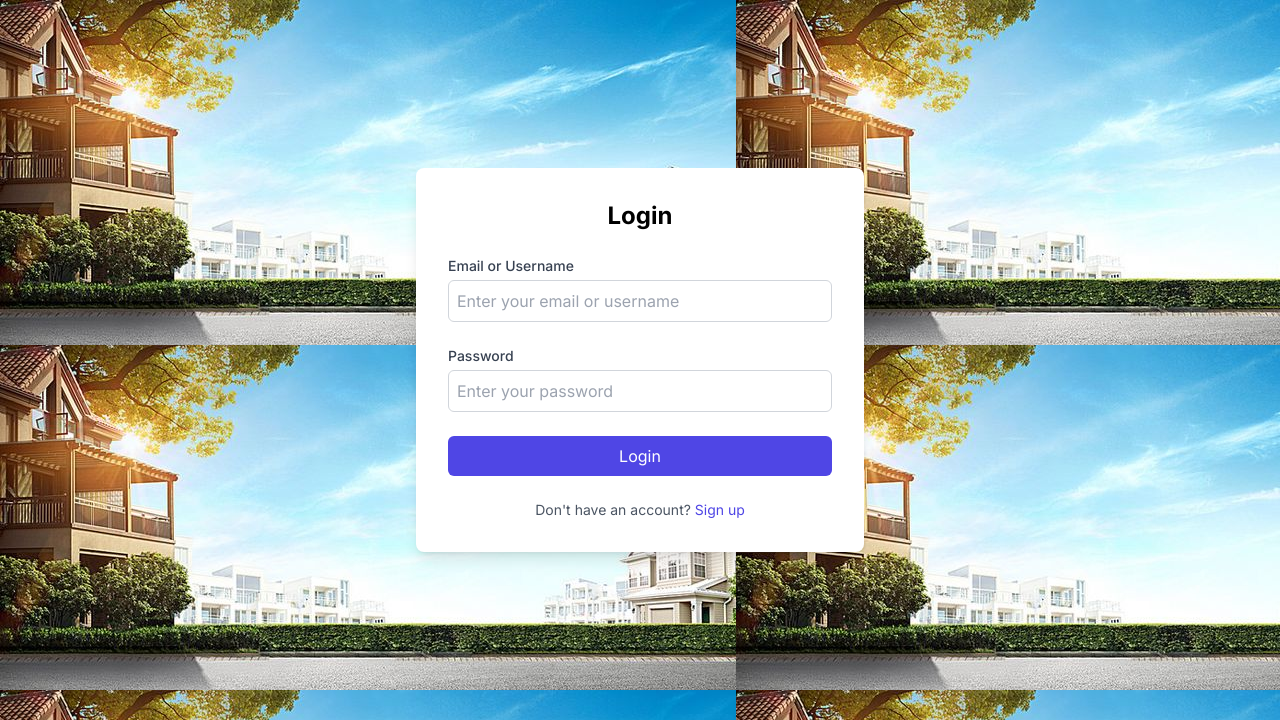
Repository: NassimeElkamari/Horizon-Housing
Page: /login
The author's editor kept a copy of each file at every save. The page is drawn from the files as they stood at one save, then again after the next save.
The browser window is 1280 px wide. The pictures show the whole page.
The project was rebuilt for these pictures with package versions that can differ from the ones it lists, and the page was loaded fresh each time. The framework's server and built-in components were replaced by stand-ins that run in the browser. Also part of the build but not shown: next.config.mjs.

Above is the page before, as saved 2024-08-28 21:42:42.

After the next save:
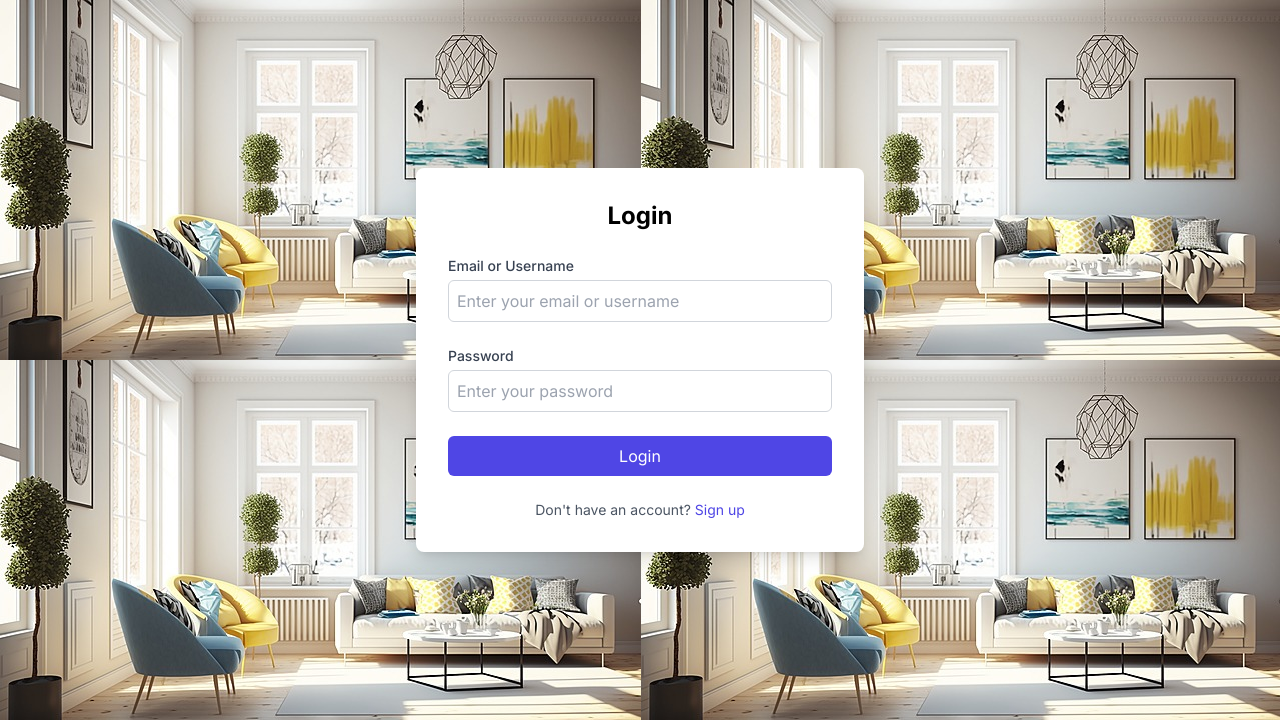
Saved 4 s later.
--- a/src/app/login/page.tsx
+++ b/src/app/login/page.tsx
@@ -32,7 +32,7 @@ const LoginPage = () => {
   };
 
   return (
-    <div className="min-h-screen bg-gray-100 flex items-center justify-center "  style={{ backgroundImage: "url('/bgg.jpg')" }}>
+    <div className="min-h-screen bg-gray-100 flex items-center justify-center "  style={{ backgroundImage: "url('/bg2.jpg')" }}>
       <div className="bg-white p-8 rounded-lg shadow-lg w-full max-w-md">
         <h2 className="text-2xl font-bold mb-6 text-center">Login</h2>
         {error && <p className="text-red-500 text-center mb-4">{error}</p>}
